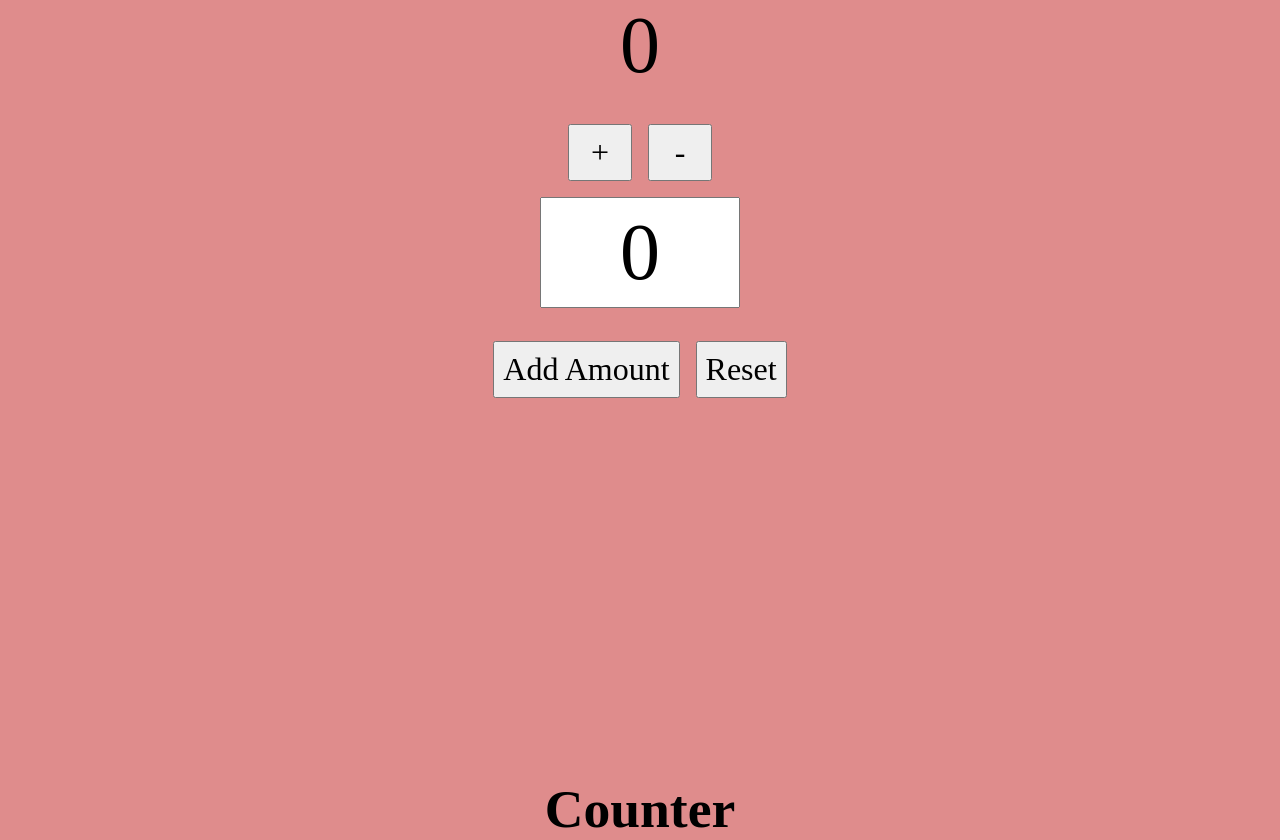
Repository: nasimqureshi/counter-in-redux
Page: /
The author's editor kept a copy of each file at every save. The page is drawn from the files as they stood at one save, then again after the next save.
The browser window is 1280 px wide. The pictures show the whole page.
The project was rebuilt for these pictures with package versions that can differ from the ones it lists, and the page was loaded fresh each time.

Above is the page before, as saved 2024-10-16 23:40:17.

### src/index.js
import React from 'react';
import ReactDOM from 'react-dom';
import './index.css';
import App from './App';
import { store } from './app/store';
import { Provider } from 'react-redux';

ReactDOM.render(
  <React.StrictMode>
    <Provider store={store}>
      <App />
    </Provider>
  </React.StrictMode>,
  document.getElementById('root')
);

### src/index.css
* {
  margin: 0;
  padding: 0;
  box-sizing: border-box;
}

body {
  min-height: 100vh;
  font-size: 5rem;
  display: grid;
  place-content: center;
  background-color: #df8c8c;
}

input,
button {
  font: inherit;
  padding: 0.5rem;
}

section {
  display: flex;
  flex-direction: column;
  justify-content: center;
  align-items: center;
}

input {
  text-align: center;
  max-width: 2.5em;
}

button {
  font-size: 2rem;
  margin: 0.5em 0 0.5em 0.5em;
  min-width: 2em;
}

button:first-child {
  margin-left: 0;
}

### src/App.js

import Counter from "./features/counter/Counter";
function App() {
  return (
    <div className="App">
      <Counter />
    </div>
  );
}

export default App;

### src/app/store.js
import { configureStore } from "@reduxjs/toolkit";
import counterReducer from '../features/counter/counterSlice';

export const store = configureStore({
  reducer: {
    counter: counterReducer,
  }
})

### src/features/counter/Counter.js
import { useSelector, useDispatch } from "react-redux";
import {
    increment,
    decrement,
    reset,
    incrementByAmount
} from './counterSlice';
import { useState } from "react";

const Counter = () => {
    const count = useSelector((state) => state.counter.count);
    const dispatch = useDispatch();

    const [incrementAmount, setIncrementAmount] = useState(0);

    const addValue = Number(incrementAmount) || 0;

    const resetAll = () => {
        setIncrementAmount(0);
        dispatch(reset());
    }

    return (
        <section>
            <p>{count}</p>
            <div>
                <button onClick={() => dispatch(increment())}>+</button>
                <button onClick={() => dispatch(decrement())}>-</button>
            </div>

            <input
                type="text"
                value={incrementAmount}
                onChange={(e) => setIncrementAmount(e.target.value)}
            />

            <div>
                <button onClick={() => dispatch(incrementByAmount(addValue))}>Add Amount</button>
                <button onClick={resetAll}>Reset</button>
                </div>

                <br />
                <br />
                <br />
                <br />
                <h6>Counter </h6>
        </section>
    )
}
export default Counter

### src/features/counter/counterSlice.js
import { createSlice } from '@reduxjs/toolkit'

const initialState = {
  count: 0
}
export const counterSlice = createSlice({
    name:'counter',
    initialState,
    reducers: {
      increment: (state) => {
        state.count += 1;
      },
      decrement: (state) => {
        state.count -= 1;
      },
      reset: (state) => {
        state.count = 0;
      },
      incrementByAmount: (state, action) => {
        state.count += action.payload;
      }
    }
})
export const { increment, decrement, reset, incrementByAmount } = counterSlice.actions;
export default counterSlice.reducer;

Loaded but not shown: public/index.html (common file)

After the next save:
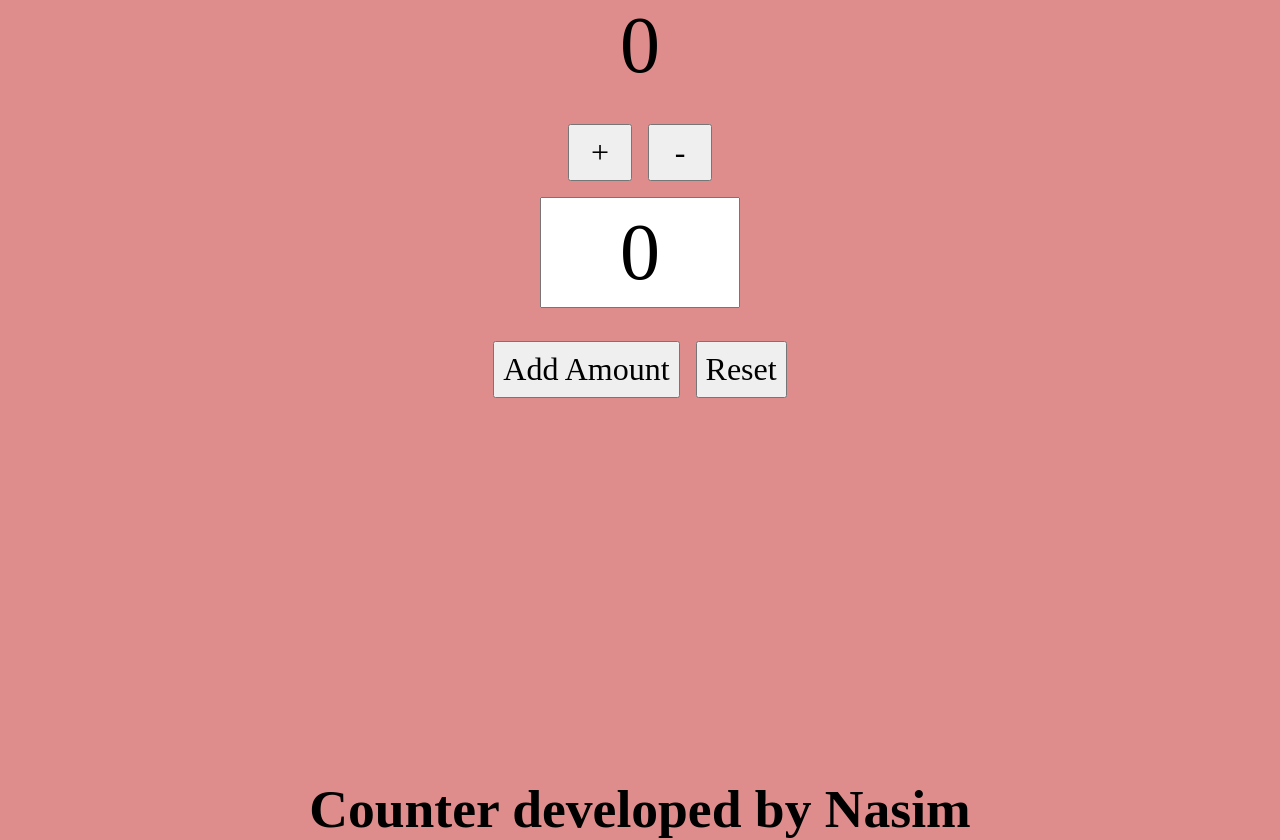
Saved 10 s later.
--- a/src/features/counter/Counter.js
+++ b/src/features/counter/Counter.js
@@ -43,7 +43,7 @@ const Counter = () => {
                 <br />
                 <br />
                 <br />
-                <h6>Counter </h6>
+                <h6>Counter developed by Nasim</h6>
         </section>
     )
 }
